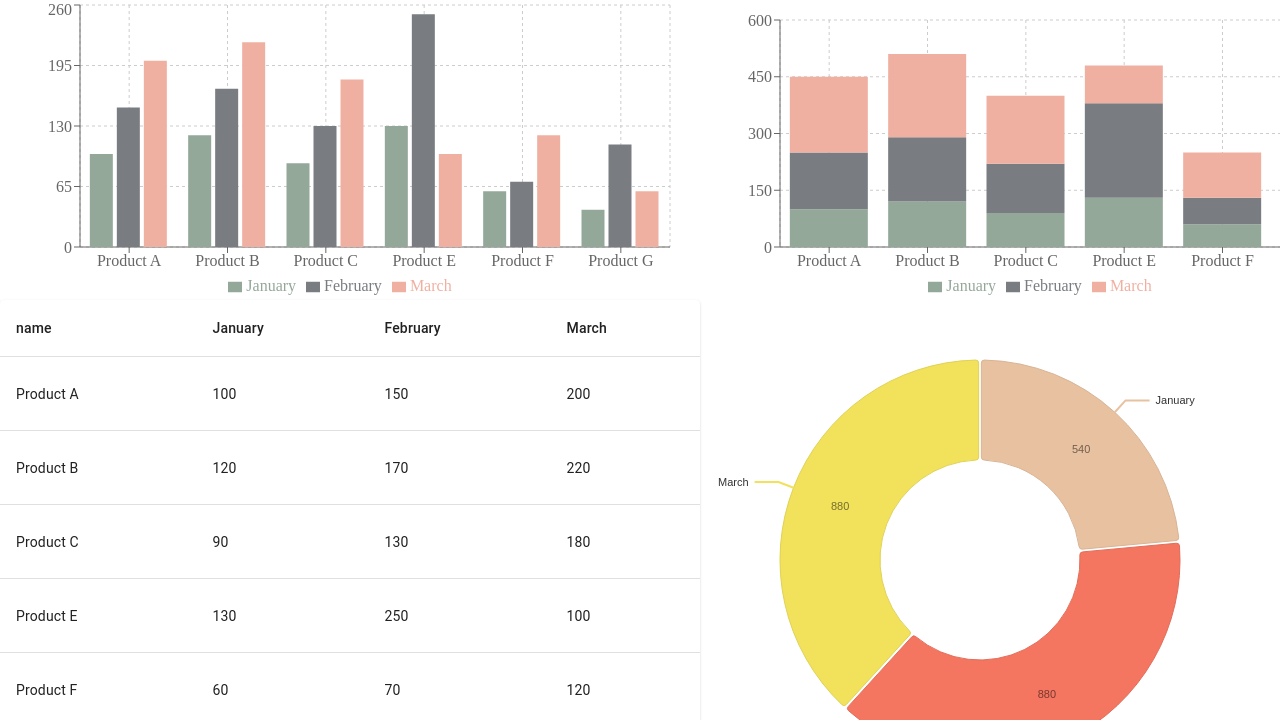
Repository: sagarjain738/test
Page: /
An editor plug-in stored every save of this project. The page is shown before and after the next save, followed by the edit.
The browser window is 1280 px wide. The pictures show the whole page.
The project was rebuilt for these pictures with package versions that can differ from the ones it lists, and the page was loaded fresh each time. Also part of the build but not shown: vite.config.js, src/index.css.

Above is the page before, as saved 2024-01-20 23:48:36.

After the next save:
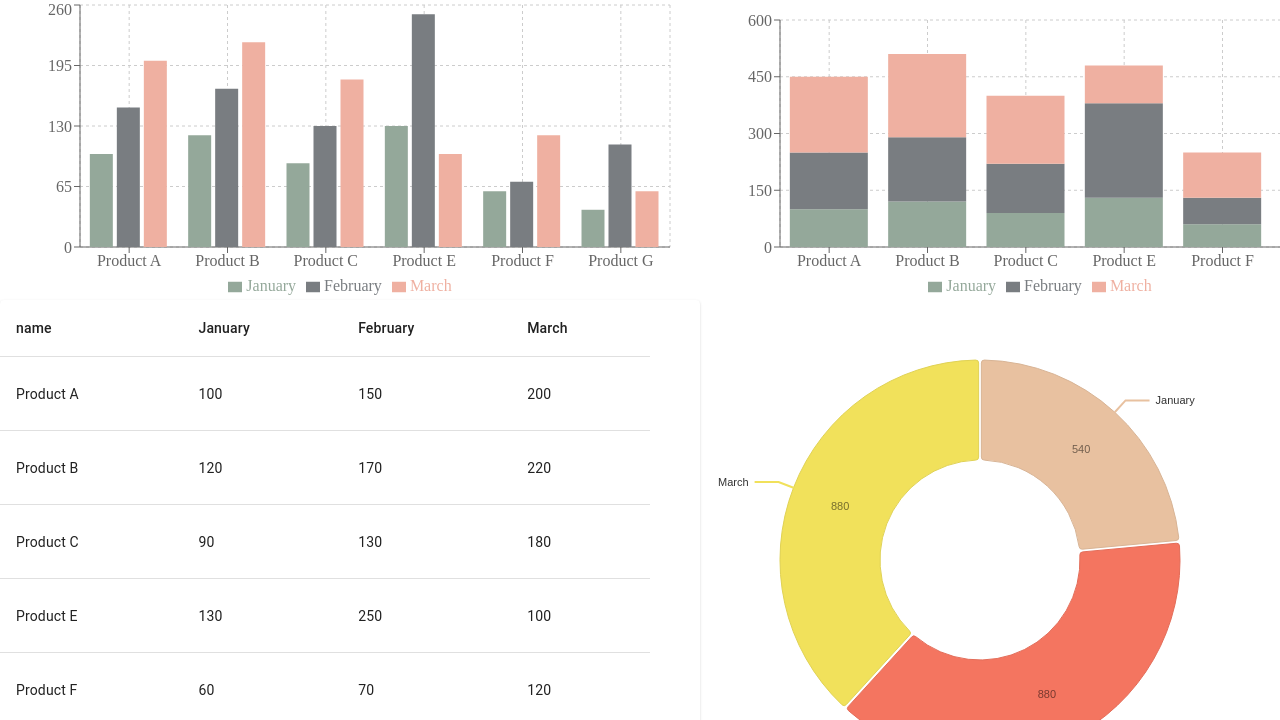
Saved 12 s later.
--- a/src/components/Table.jsx
+++ b/src/components/Table.jsx
@@ -12,7 +12,7 @@
       <Table
         sx={{
           minWidth: 450,
-          maxWidth: 850,
+          maxWidth: 650,
           minHeight: 450,
           maxHeight: 650,
           height: 500,

After the save that followed:
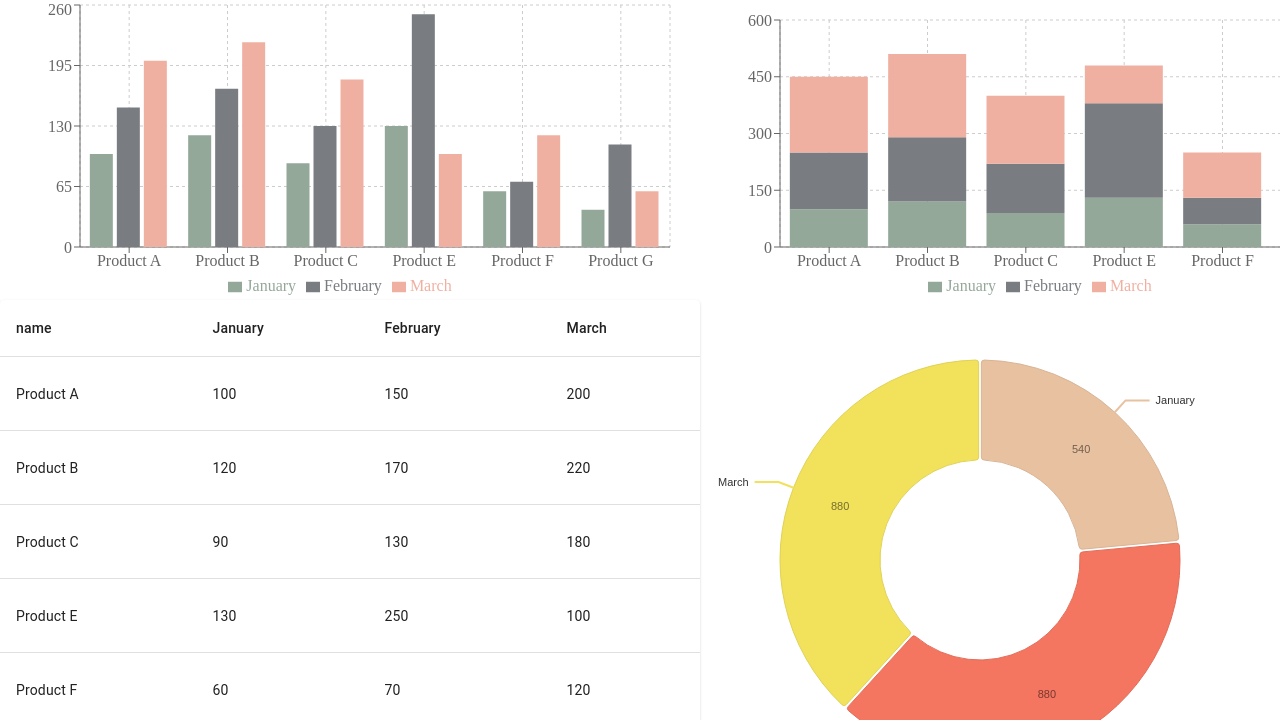
Saved 14 s later.
--- a/src/components/Table.jsx
+++ b/src/components/Table.jsx
@@ -12,7 +12,7 @@
       <Table
         sx={{
           minWidth: 450,
-          maxWidth: 650,
+          maxWidth: 850,
           minHeight: 450,
           maxHeight: 650,
           height: 500,
